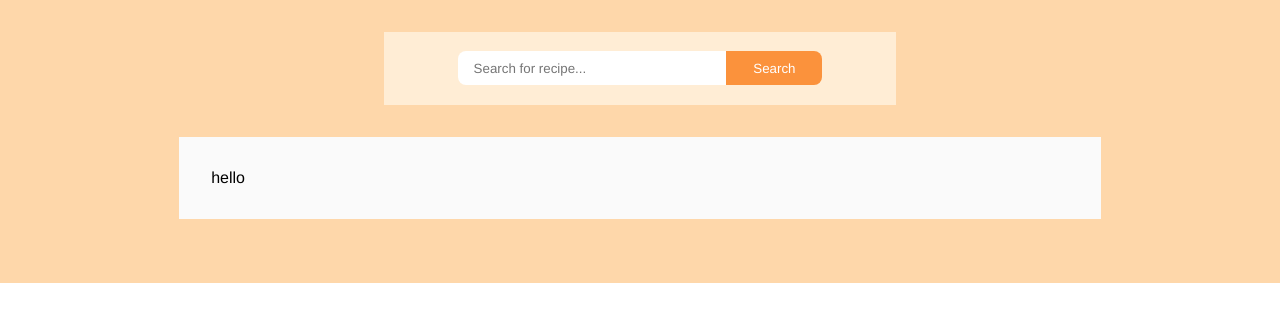
Repository: sandipkarmokar/recipeApp
Page: /
An editor plug-in stored every save of this project. The page is shown before and after the next save, followed by the edit.
The browser window is 1280 px wide. The pictures show the whole page.
The page's requests for data from a server got no answer. The project was rebuilt for these pictures with package versions that can differ from the ones it lists, and the page was loaded fresh each time. No one was signed in, and anything a server would have sent is missing. Also part of the build but not shown: src/components/data.js, src/components/listView.js, src/components/recipeShow.js.

Above is the page before, as saved 2022-05-01 11:54:41.

### src/App.js
import { useState, useEffect } from 'react';
import './App.css';
import SearchBar from './components/searchBar';
import ListView from './components/listView';
import RecipeShow from './components/recipeShow';

const App = () => {
    const [query, setQuery] = useState('');
    const [recipeList, setRecipeList] = useState([]);
    const [recipeId, setRecipeId] = useState('');
    const [recipeData, setRecipeData] = useState([]);
    const [isLoading, setIsLoading] = useState(false);
    const [isRecipeLoading, setIsRecipeLoading] = useState(false);

    const url = `https://forkify-api.herokuapp.com/api/search?q=${query}`;
    const recipeUrl = `https://forkify-api.herokuapp.com/api/get?rId=${recipeId}`;

    const fetchData = async (e) => {
        e.preventDefault();
        try {
            const response = await fetch(url);
            const data = await response.json();
            setRecipeList(data);
            setIsLoading(true);
        } catch (error) {
            console.log(error);
        }
    };

    const fetchRecipe = async () => {
        try {
            const response = await fetch(recipeUrl);
            const data = await response.json();
            setRecipeData(data);
            setQuery('');
            setIsRecipeLoading(true);
            console.log(recipeData);
        } catch (error) {
            console.log(error);
        }
    };
    useEffect(() => {
        fetchRecipe();
    }, [recipeId]);

    return (
        <div className="app">
            <div className="app-container">
                <SearchBar
                    query={query}
                    setQuery={setQuery}
                    fetchData={fetchData}
                ></SearchBar>
                <div className="recipe-modal">
                    {isLoading ? (
                        <>
                            <ListView
                                recipeList={recipeList.recipes}
                                setRecipeId={setRecipeId}
                            ></ListView>
                            {recipeData.recipe ? (
                                <RecipeShow
                                    isRecipeLoading={isRecipeLoading}
                                    recipeData={recipeData.recipe}
                                    query={query}
                                ></RecipeShow>
                            ) : (
                                <p></p>
                            )}
                        </>
                    ) : (
                        'hello'
                    )}
                </div>
            </div>
        </div>
    );
};

export default App;

### src/App.css
* {
    margin: 0;
    padding: 0;
    box-sizing: border-box;
    font-family: Helvetica, sans-serif;
}

button {
    cursor: pointer;
}
.btn {
    cursor: pointer;
}

.app {
    height: 100%;
    width: 100vw;
    background-color: #fed7aa;
}

.app .app-container {
    margin: 0 auto;
    width: 80%;
    padding: 2rem 0;
    display: flex;
    justify-content: center;
    flex-direction: column;
}

.app .app-container .searchBar {
    width: 50%;
    background-color: #ffedd5;
    padding: 1.2rem 1rem;
    margin: 0 auto;
    width: 50%;
    display: flex;
    justify-content: center;
}
.app .app-container .searchBar .searchBar-container {
    width: 80%;
    margin: 0 auto;
    display: flex;
    justify-content: center;
}
.app .app-container .searchBar .searchBar-container input {
    width: 70%;
    padding: 0.4rem 1rem;
    border: none;
    border-radius: 0.5rem 0 0 0.5rem;
}

.app .app-container .searchBar .searchBar-container button {
    width: 25%;
    padding: 0.6rem 1rem;
    background-color: #fb923c;
    border: none;
    color: #fff;
    border-radius: 0 0.5rem 0.5rem 0;
}
.app .app-container .searchBar .searchBar-container button:hover {
    background-color: #f97316;
}

.app .app-container .recipe-modal {
    width: 90%;
    background-color: #fafafa;
    margin: 2rem auto;
    display: flex;
    justify-content: space-between;
    padding: 2rem;
}

.app .app-container .recipe-modal .recipeList {
    padding: 1rem;
}

.app
    .app-container
    .recipe-modal
    .recipeList
    .recipeList-container
    .recipe-item {
    cursor: pointer;
    display: flex;
    background-color: #fff7ed;
    padding: 0.8rem 1.4rem;
    margin-bottom: 0.8rem;
    box-shadow: 0px 5px 24px rgba(0, 0, 0, 0.04),
        0px 3.24074px 14.0556px rgba(0, 0, 0, 0.0303704),
        0px 1.92593px 7.64444px rgba(0, 0, 0, 0.0242963),
        0px 1px 3.9px rgba(0, 0, 0, 0.02),
        0px 0.407407px 1.95556px rgba(0, 0, 0, 0.0157037),
        0px 0.0925926px 0.944444px rgba(0, 0, 0, 0.00962963);
    border-radius: 0.4rem;
}
.app
    .app-container
    .recipe-modal
    .recipeList
    .recipeList-container
    .recipe-item
    img {
    height: 56px;
    width: 56px;
    border-radius: 100%;
}
.app
    .app-container
    .recipe-modal
    .recipeList
    .recipeList-container
    .recipe-item
    .info {
    display: flex;
    flex-direction: column;
    margin-left: 1rem;
}
.app
    .app-container
    .recipe-modal
    .recipeList
    .recipeList-container
    .recipe-item
    .info
    .title {
    color: #52525b;
    font-size: 1rem;
}
.app
    .app-container
    .recipe-modal
    .recipeList
    .recipeList-container
    .recipe-item
    .info
    .publisher {
    color: #71717a;
    font-size: 0.8rem;
    margin-top: 0.8rem;
}

.app .app-container .recipe-modal .recipeShow {
    background-color: #ffedd5;
    box-shadow: 0px 12px 80px rgba(0, 0, 0, 0.05),
        0px 7.77778px 46.8519px rgba(0, 0, 0, 0.037963),
        0px 4.62222px 25.4815px rgba(0, 0, 0, 0.0303704),
        0px 2.4px 13px rgba(0, 0, 0, 0.025),
        0px 0.977778px 6.51852px rgba(0, 0, 0, 0.0196296),
        0px 0.222222px 3.14815px rgba(0, 0, 0, 0.012037);
    border-radius: 12px;
    width: 80%;
    margin: 1rem 0;
}
.app .app-container .recipe-modal .recipeShow .recipeShow-container {
    padding: 2rem;
}
.app .app-container .recipe-modal .recipeShow .recipeShow-container .info {
    display: flex;
}
.app .app-container .recipe-modal .recipeShow .recipeShow-container .info img {
    width: 40%;
}
.app
    .app-container
    .recipe-modal
    .recipeShow
    .recipeShow-container
    .info
    .recipe-info {
    margin-left: 2rem;
    display: flex;
    flex-direction: column;
    justify-content: space-between;
}
.app
    .app-container
    .recipe-modal
    .recipeShow
    .recipeShow-container
    .info
    .recipe-info
    .sub-info {
    display: flex;
    justify-content: space-between;
    flex-direction: column;
}
.app
    .app-container
    .recipe-modal
    .recipeShow
    .recipeShow-container
    .info
    .recipe-info
    .sub-info
    .title {
    font-size: 1.6rem;
    color: #52525b;
    margin-bottom: 0.8rem;
}
.app
    .app-container
    .recipe-modal
    .recipeShow
    .recipeShow-container
    .info
    .recipe-info
    .sub-info
    .publisher {
    font-size: 1rem;
    color: #71717a;
    margin-bottom: 0.6rem;
}

.app
    .app-container
    .recipe-modal
    .recipeShow
    .recipeShow-container
    .info
    .recipe-info
    .recipe-data {
    display: flex;
}
.app
    .app-container
    .recipe-modal
    .recipeShow
    .recipeShow-container
    .info
    .recipe-info
    .recipe-data
    p {
    color: #71717a;
    margin-right: 1rem;
}

.app
    .app-container
    .recipe-modal
    .recipeShow
    .recipeShow-container
    .recipe-ingredients {
    margin-top: 3rem;
}
.app
    .app-container
    .recipe-modal
    .recipeShow
    .recipeShow-container
    .recipe-ingredients
    .heading {
    margin: 1rem 0;
    font-size: 1.6rem;
    color: #71717a;
}
.app
    .app-container
    .recipe-modal
    .recipeShow
    .recipeShow-container
    .recipe-ingredients
    .recipe-ingredient-item
    p {
    font-size: 1rem;
    color: #52525b;
    margin: 0.5rem 0;
}
.app
    .app-container
    .recipe-modal
    .recipeShow
    .recipeShow-container
    .recipe-ingredients
    .footer {
    text-align: right;
    color: #a1a1aa;
    font-size: 0.8rem;
    margin-top: 2rem;
}

### src/components/searchBar.js
import React from 'react';

const SearchBar = ({ query, setQuery, fetchData }) => {
    return (
        <div className="searchBar">
            <form onSubmit={fetchData} className="searchBar-container">
                <input
                    type="text"
                    placeholder="Search for recipe..."
                    value={query}
                    onChange={(e) => setQuery(e.target.value)}
                />
                <button type="submit">Search</button>
            </form>
        </div>
    );
};

export default SearchBar;

Loaded but not shown: public/index.html (common file); src/index.js (common file); src/index.css (common file); src/reportWebVitals.js (common file)

After the next save:
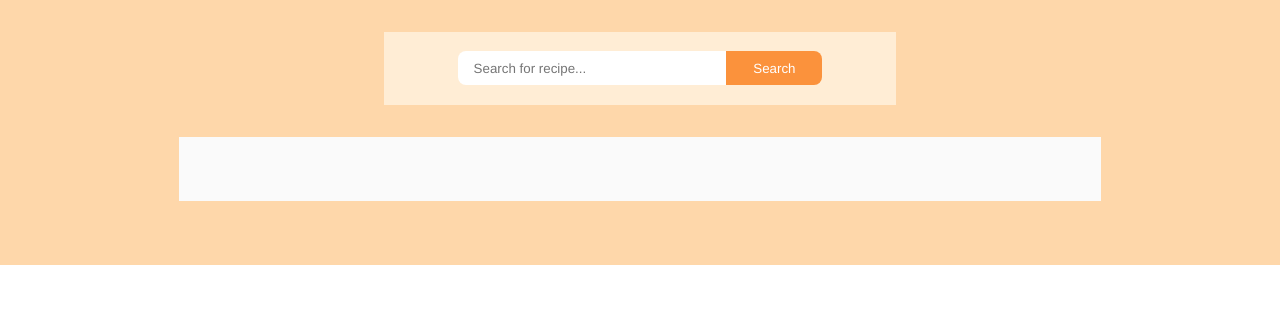
Saved 15 s later.
--- a/src/App.js
+++ b/src/App.js
@@ -69,7 +69,7 @@ const App = () => {
                             )}
                         </>
                     ) : (
-                        'hello'
+                        ''
                     )}
                 </div>
             </div>
